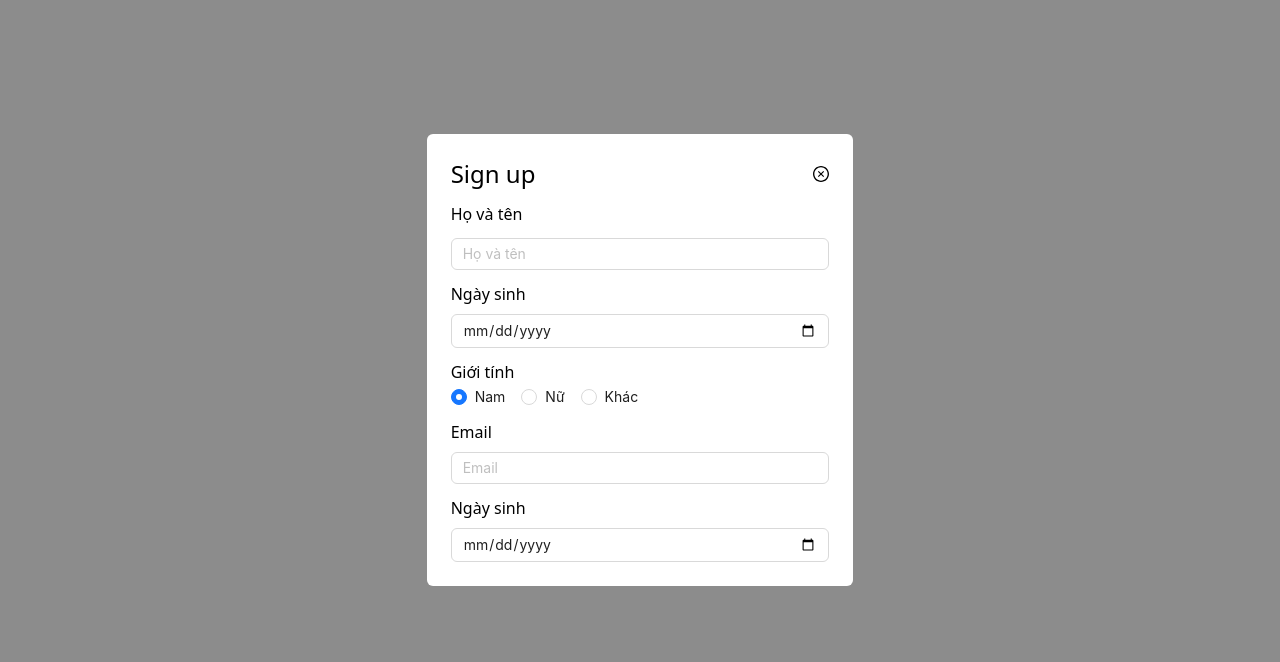
Repository: TinhTT336/MD02_Session14
Page: / (app in client/)
These files come from the project's save history. The page is drawn as it stood at one moment and after the next save; the edit follows.
The browser window is 1280 px wide. The pictures show the whole page.
The project was rebuilt for these pictures with package versions that can differ from the ones it lists, and the page was loaded fresh each time. Also part of the build but not shown: client/vite.config.js, client/src/firebase/configFirebase.js, client/src/components/UploadSingleFile.jsx, client/src/components/register/register.css, client/src/components/register/Register.jsx, client/src/components/register/RegisterWithImg.jsx.

Above is the page before, as saved 2023-09-14 14:21:12.

After the next save:
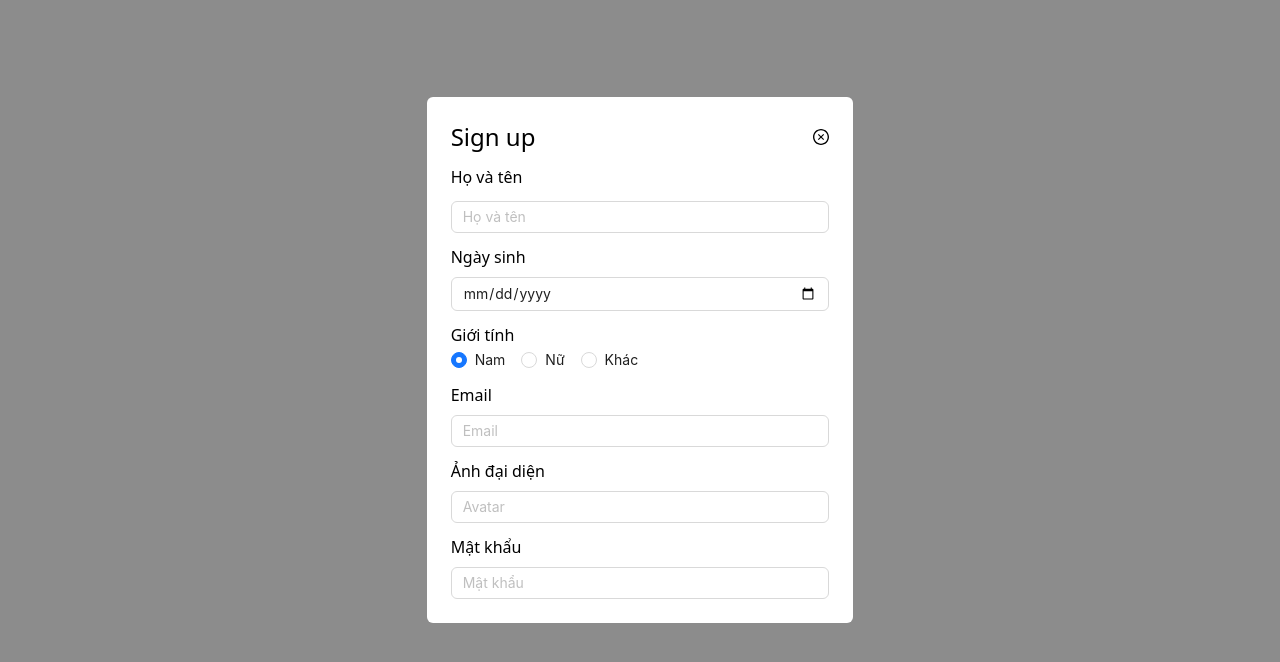
Saved 113 s later.
--- a/client/src/components/signup/Signup.jsx
+++ b/client/src/components/signup/Signup.jsx
@@ -38,8 +38,12 @@ export default function Signup() {
                         <Input placeholder="Email" className='mt-2' name='email' id='email' type='text' />
                     </div>
                     <div className='mt-3'>
-                        <label htmlFor="name">Ngày sinh</label>
-                        <Input placeholder="Basic usage" className='mt-2' name='name' id='name' type='date' />
+                        <label htmlFor="avatar">Ảnh đại diện</label>
+                        <Input placeholder="Avatar" className='mt-2' name='avatar' id='avatar' type='text' />
+                    </div>
+                    <div className='mt-3'>
+                        <label htmlFor="password">Mật khẩu</label>
+                        <Input placeholder="Mật khẩu" className='mt-2' name='password' id='password' type='password' />
                     </div>
                 </form>
             </div>
